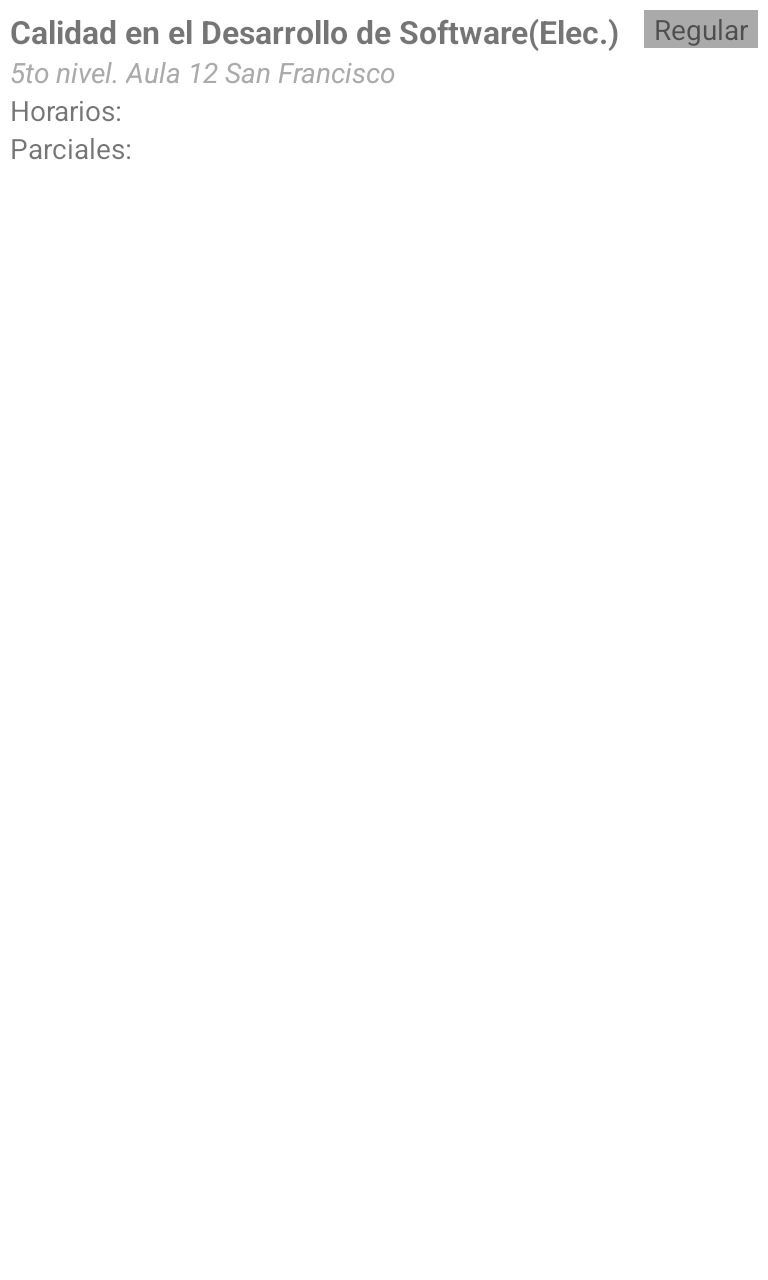
Repository: juanpablobono/Sysacadalumnos
Layout: Sysacad/res/layout/lst_cursado_item.xml
An editor plug-in stored every save of this project. The layout is shown before and after the next save, followed by the edit.
It is drawn on a 768 x 1280 px phone screen (xhdpi) without system bars, with theme temaSysacad; the app's code is not run.

Above is the layout before, as saved 2014-07-07 12:57:25.

### Sysacad/res/layout/lst_cursado_item.xml
<?xml version="1.0" encoding="utf-8"?>
<RelativeLayout xmlns:android="http://schemas.android.com/apk/res/android"
    android:layout_width="match_parent"
    android:layout_height="match_parent"
    android:background="@android:color/background_light"
    android:padding="5dp">

    <TextView
        android:id="@+id/lblNombreMateria"
        android:layout_width="wrap_content"
        android:layout_height="wrap_content"
        android:layout_alignParentLeft="true"
        android:layout_alignParentTop="true"
        android:text="Calidad en el Desarrollo de Software(Elec.)"
        android:layout_toLeftOf="@+id/lblCondicion"
        android:layout_marginRight="5dp"
        android:textSize="16sp"
        android:textStyle="bold"
        android:maxLines="1"/>

    <TextView
        android:id="@+id/lblCondicion"
        android:layout_width="wrap_content"
        android:layout_height="wrap_content"
        android:layout_alignParentRight="true"
        android:layout_alignParentTop="true"
        android:background="@android:color/darker_gray"
        android:text="Regular"
        android:paddingLeft="5dp"
        android:paddingRight="5dp"/>

    <TextView
        android:id="@+id/lblNivel"
        android:layout_width="wrap_content"
        android:layout_height="wrap_content"
        android:layout_alignParentLeft="true"
        android:layout_below="@+id/lblNombreMateria"
        android:textColor="@android:color/darker_gray"
        android:textStyle="italic"
        android:text="5to nivel. " />

    <TextView
        android:id="@+id/lblForAula"
        android:layout_width="wrap_content"
        android:layout_height="wrap_content"
        android:layout_toRightOf="@+id/lblNivel"
        android:textColor="@android:color/darker_gray"
        android:textStyle="italic"
        android:layout_below="@+id/lblNombreMateria"
        android:text="Aula " />

    <TextView
        android:id="@+id/lblAula"
        android:layout_width="wrap_content"
        android:layout_height="wrap_content"
        android:layout_toRightOf="@+id/lblForAula"
        android:layout_below="@+id/lblNombreMateria"
        android:textColor="@android:color/darker_gray"
        android:textStyle="italic"
        android:text="12 San Francisco" />

    <TextView
        android:id="@+id/lblForHorarios"
        android:layout_width="wrap_content"
        android:layout_height="wrap_content"
        android:layout_alignParentLeft="true"
        android:layout_below="@+id/lblForAula"
        android:text="Horarios: " />

    <TextView
        android:id="@+id/lblForParciales"
        android:layout_width="wrap_content"
        android:layout_height="wrap_content"
        android:layout_alignParentLeft="true"
        android:layout_below="@+id/lblForHorarios"
        android:text="Parciales: " />

    <TextView
        android:id="@+id/lblHorarios"
        android:layout_width="wrap_content"
        android:layout_height="wrap_content"
        android:layout_alignBaseline="@+id/lblForHorarios"
        android:layout_alignBottom="@+id/lblForHorarios"
        android:layout_toRightOf="@+id/lblForHorarios"
        android:text="" />

    <TextView
        android:id="@+id/lblParciales"
        android:layout_width="wrap_content"
        android:layout_height="wrap_content"
        android:layout_alignBaseline="@+id/lblForParciales"
        android:layout_alignBottom="@+id/lblForParciales"
        android:layout_alignLeft="@+id/lblHorarios"
        android:text="" />

</RelativeLayout>

### Sysacad/res/values/styles.xml
<resources xmlns:android="http://schemas.android.com/apk/res/android">

    <!--
        Base application theme, dependent on API level. This theme is replaced
        by AppBaseTheme from res/values-vXX/styles.xml on newer devices.

         <item name="android:background">@color/background_activities</item>
    -->

    <!-- the theme applied to the application or activity -->

    <style name="temaSysacad" parent="@style/Theme.AppCompat.Light.DarkActionBar">

    </style>

</resources>

After the next save:
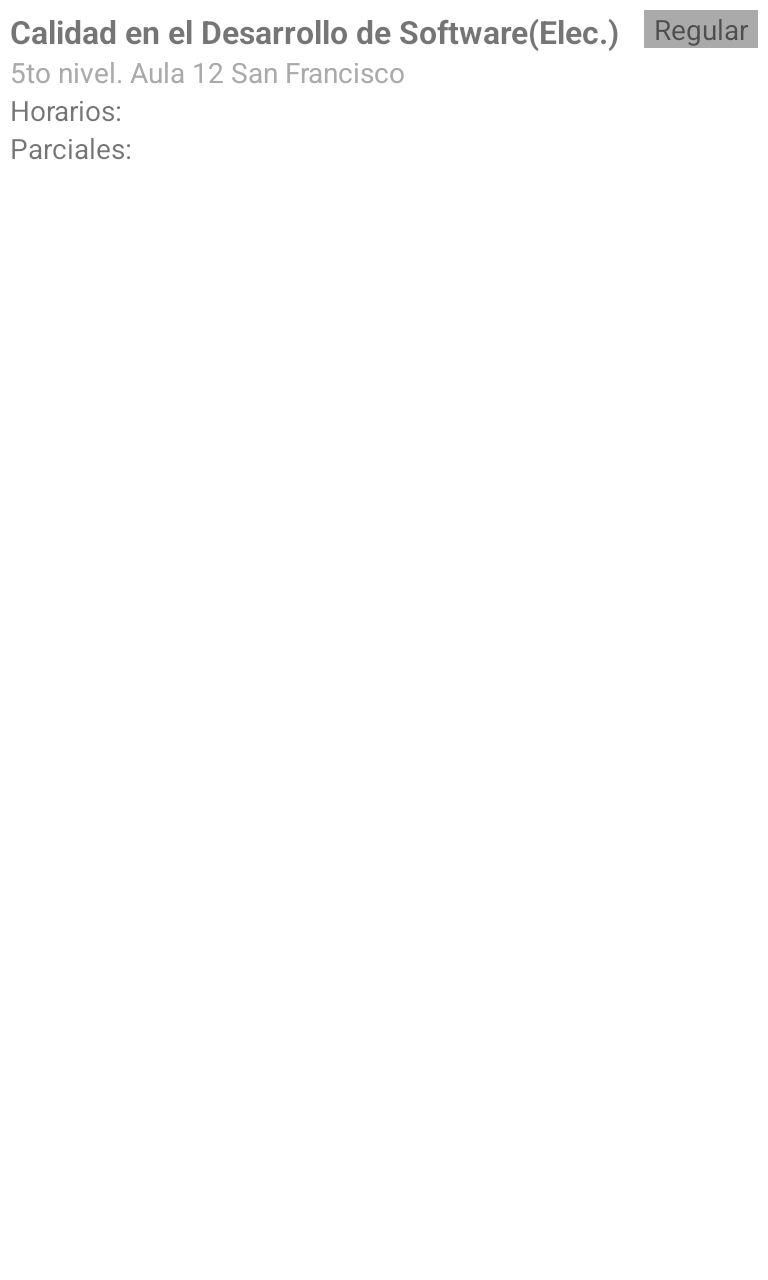
Saved 12 s later.
--- a/Sysacad/res/layout/lst_cursado_item.xml
+++ b/Sysacad/res/layout/lst_cursado_item.xml
@@ -36,7 +36,6 @@
         android:layout_alignParentLeft="true"
         android:layout_below="@+id/lblNombreMateria"
         android:textColor="@android:color/darker_gray"
-        android:textStyle="italic"
         android:text="5to nivel. " />
 
     <TextView
@@ -45,7 +44,6 @@
         android:layout_height="wrap_content"
         android:layout_toRightOf="@+id/lblNivel"
         android:textColor="@android:color/darker_gray"
-        android:textStyle="italic"
         android:layout_below="@+id/lblNombreMateria"
         android:text="Aula " />
 
@@ -56,7 +54,6 @@
         android:layout_toRightOf="@+id/lblForAula"
         android:layout_below="@+id/lblNombreMateria"
         android:textColor="@android:color/darker_gray"
-        android:textStyle="italic"
         android:text="12 San Francisco" />
 
     <TextView
